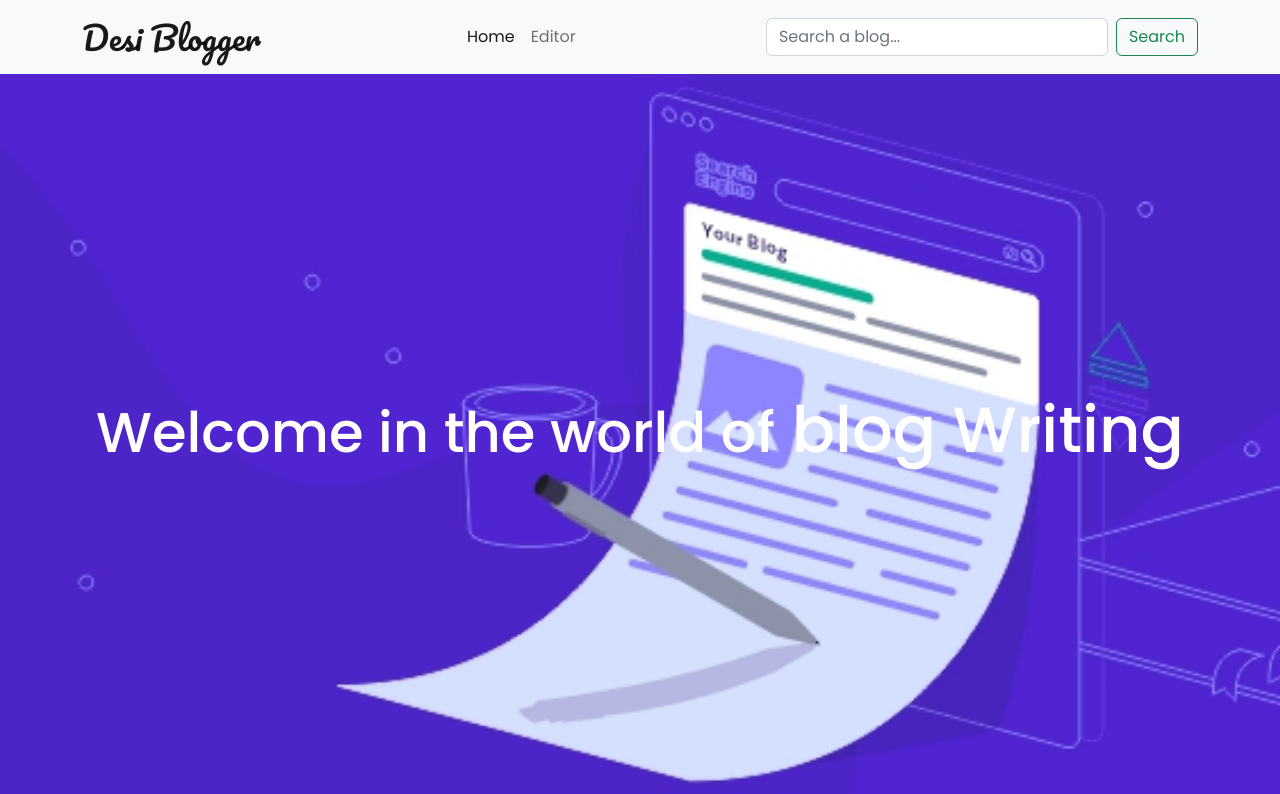
Repository: badhon252/Desi_Blogger
Page: public/home.html
The author's editor kept a copy of each file at every save. The page is drawn from the files as they stood at one save, then again after the next save.
The browser window is 1280 px wide. The pictures show the whole page.

Above is the page before, as saved 2022-11-15 19:51:02.

After the next save:
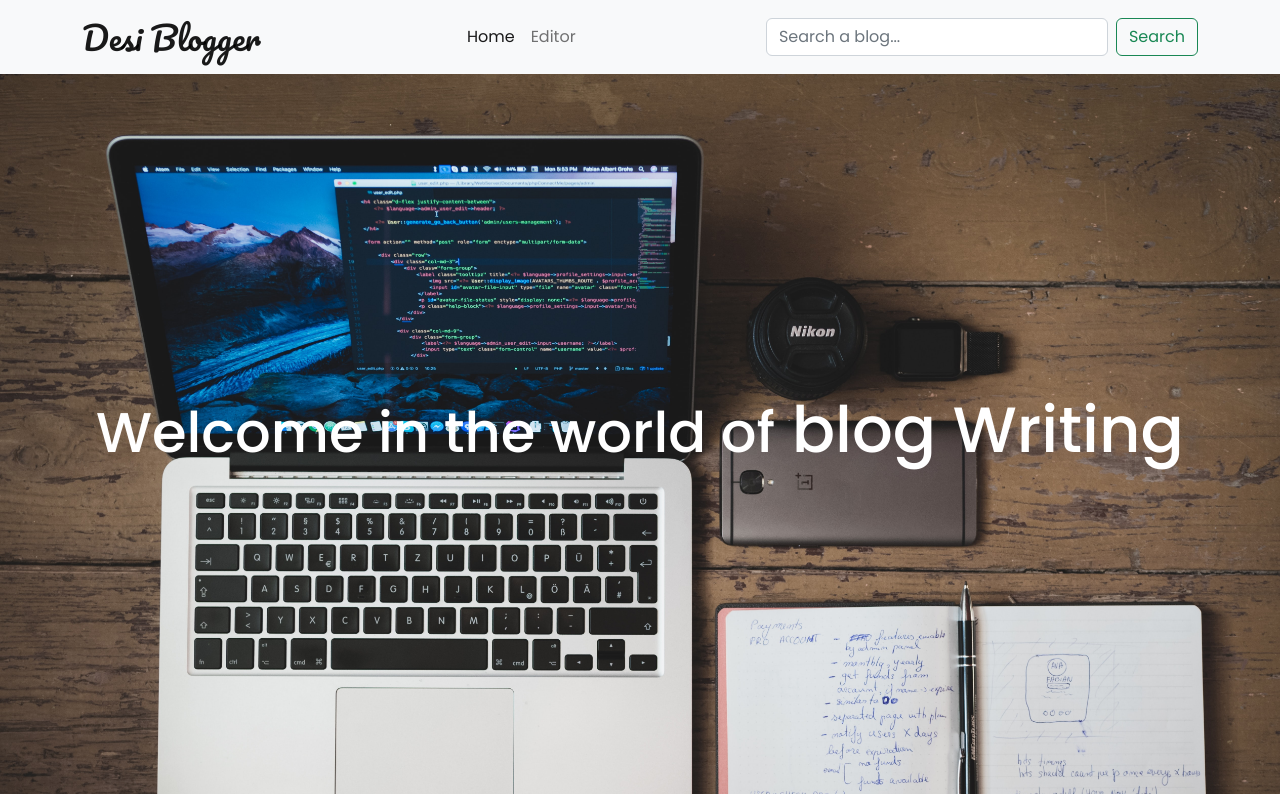
Saved 5 min 7 s later.
--- a/public/css/home.css
+++ b/public/css/home.css
@@ -37,7 +37,7 @@ body {
 .content {
   width: 100%;
   height: calc(100vh);
-  background-image: url(../img/blog-seo.webp);
+  background-image: url(../img/altumcode-XMFZqrGyV-Q-unsplash.jpg);
   background-size: cover;
   display: flex;
   justify-content: center;
